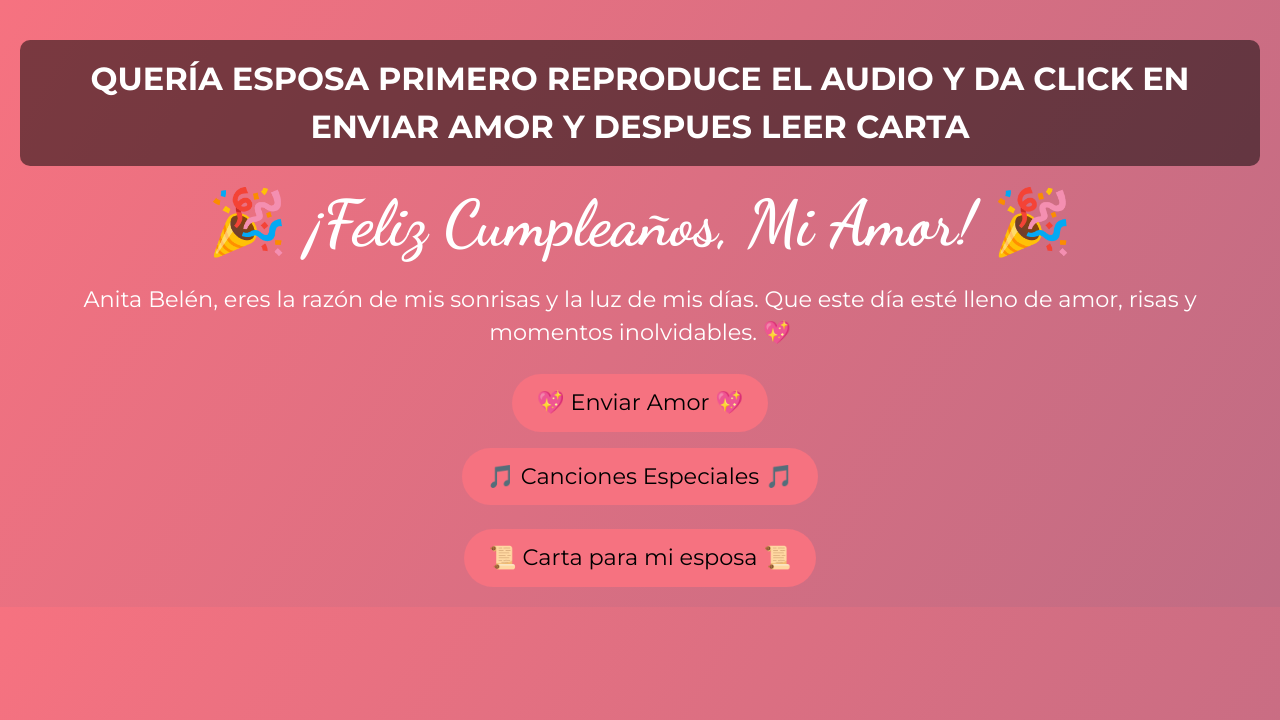
Repository: Jchimbo99/Esposa
Page: index.html
The author's editor kept a copy of each file at every save. The page is drawn from the files as they stood at one save, then again after the next save.
The browser window is 1280 px wide. The pictures show the whole page.

Above is the page before, as saved 2025-01-24 10:49:50.

### index.html
<!DOCTYPE html>
<html lang="en">
<head>
    <meta charset="UTF-8">
    <meta name="viewport" content="width=device-width, initial-scale=1.0">
    <title>¡Feliz Cumpleaños, Amor!</title>
    <!-- Bootstrap CSS -->
    <link href="https://cdn.jsdelivr.net/npm/bootstrap@5.3.0-alpha3/dist/css/bootstrap.min.css" rel="stylesheet">
    <!-- Google Fonts -->
    <link href="https://fonts.googleapis.com/css2?family=Dancing+Script:wght@700&family=Montserrat:wght@400;700&display=swap" rel="stylesheet">
    <!-- Custom CSS -->
    <style>
        body {
            background: linear-gradient(120deg, #ff9a9e, #fad0c4);
            font-family: 'Montserrat', sans-serif;
            color: #fff;
            text-align: center;
            padding: 20px;
            animation: backgroundPulse 3s infinite alternate;
        }

        @keyframes backgroundPulse {
            0% { background: linear-gradient(120deg, #ff9a9e, #fad0c4); }
            100% { background: linear-gradient(120deg, #f67280, #c06c84); }
        }

        h1 {
            font-family: 'Dancing Script', cursive;
            font-size: 4rem;
            margin-top: 20px;
            color: #fff;
        }

        p {
            font-size: 1.4rem;
            margin: 20px 0;
        }

        .btn-custom {
            background-color: #f67280;
            border: none;
            color: black;
            padding: 12px 25px;
            font-size: 1.4rem;
            font-family: 'Montserrat', sans-serif;
            border-radius: 50px;
            transition: transform 0.3s, box-shadow 0.3s;
        }

        .btn-custom:hover {
            background-color: #c06c84;
            transform: scale(1.1);
            box-shadow: 0 4px 15px rgba(0, 0, 0, 0.2);
        }

        .video-container, #cartaContainer {
            display: none;
            margin-top: 20px;
        }

        iframe {
            width: 100%;
            max-width: 560px;
            height: 315px;
            border: none;
            margin-bottom: 20px;
            transition: transform 0.3s ease;
        }

        iframe:hover {
            transform: scale(1.05);
        }

        #carta {
            display: none;
            padding: 20px;
            background-color: #fff;
            color: #000;
            font-family: 'Dancing Script', cursive;
            border-radius: 10px;
            margin-top: 20px;
            box-shadow: 0px 4px 20px rgba(0, 0, 0, 0.1);
            animation: fadeIn 1s ease-in-out;
        }

        @keyframes fadeIn {
            0% { opacity: 0; }
            100% { opacity: 1; }
        }

        .carta p {
            font-size: 1.5rem;
            line-height: 1.6;
        }

        .carta .signature {
            font-size: 1.3rem;
            font-weight: bold;
            margin-top: 20px;
        }

        /* Reproductor de audio */
        audio {
            display: none; /* Ocultar el reproductor */
        }

        /* Estilo para el mensaje de instrucciones */
        .instructions {
            font-size: 2rem;
            font-weight: bold;
            margin-top: 20px;
            color: #fff;
            background-color: rgba(0, 0, 0, 0.5);
            padding: 15px;
            border-radius: 10px;
        }
    </style>
</head>
<body>

    <!-- Instrucciones -->
    <div class="instructions">
        QUERÍA ESPOSA PRIMERO REPRODUCE EL AUDIO Y DA CLICK EN ENVIAR AMOR Y DESPUES LEER CARTA
    </div>

    <!-- Reproductor de audio oculto -->
    <audio id="audioPlayer" preload="auto">
        <source src="/audio/Mon Laferte - Amor Completo.mp3" type="audio/mp3">
        Tu navegador no soporta el elemento de audio.
    </audio>

    <div class="container">
        <h1>🎉 ¡Feliz Cumpleaños, Mi Amor! 🎉</h1>
        <p>Anita Belén, eres la razón de mis sonrisas y la luz de mis días. Que este día esté lleno de amor, risas y momentos inolvidables. 💖</p>

        <div class="mt-4">
            <button class="btn btn-custom" onclick="playAudio()">💖 Enviar Amor 💖</button>
        </div>

        <div class="mt-3">
            <button class="btn btn-custom" onclick="toggleVideos()">🎵 Canciones Especiales 🎵</button>
        </div>

        <div id="videoContainer" class="video-container">
            <iframe width="560" height="315" src="https://www.youtube.com/embed/xvVUPGI8Kgo?si=GNEWsJaVjt3SjVSy" title="YouTube video player" frameborder="0" allow="accelerometer; autoplay; clipboard-write; encrypted-media; gyroscope; picture-in-picture; web-share" referrerpolicy="strict-origin-when-cross-origin" allowfullscreen></iframe>
            <iframe width="560" height="315" src="https://www.youtube.com/embed/nRUtraoH6Yg?si=6tFNvlgnT6he9E5Q" title="YouTube video player" frameborder="0" allow="accelerometer; autoplay; clipboard-write; encrypted-media; gyroscope; picture-in-picture; web-share" referrerpolicy="strict-origin-when-cross-origin" allowfullscreen></iframe>
        </div>

        <!-- Nuevo botón para abrir la carta -->
        <div class="mt-4">
            <button class="btn btn-custom" onclick="toggleCarta()">📜 Carta para mi esposa 📜</button>
        </div>

        <!-- Contenedor de la carta -->
        <div id="cartaContainer">
            <div id="carta" class="carta">
                <p>Mi amor,</p>
                <p>Querida Anita Belén:</p>
                <p>Hoy, en el día de tu cumpleaños, quiero escribirte desde lo más profundo de mi corazón, porque no hay palabras suficientes para describir cuánto significas para mí. Eres mucho más que mi esposa; eres mi compañera de vida, mi apoyo incondicional y el mayor regalo que Dios me ha dado.</p>
                <p>Quiero agradecerte, mi amor, por ser esa mujer increíble que nunca deja de sorprenderme con su bondad, su paciencia y su fortaleza. Por cada sonrisa que me regalas, por cada palabra de aliento y por cada vez que me demuestras que el amor verdadero existe. En cada día de nuestra vida juntos, tú has sido mi razón para seguir adelante, incluso cuando la vida me pone retos.</p>
                <p>Gracias, Anita Belén, por cuidarme con tanto amor y dedicación, especialmente en los momentos difíciles. Por esas noches en las que velas por mí, por tus manos que me sostienen, por tu corazón lleno de amor que nunca se cansa de dar. Tu cariño es mi mayor bendición, y en tus ojos encuentro la paz que necesito para enfrentar cualquier cosa.</p>
                <p>Hoy, en tu día, le pido a Dios que te llene de salud, alegría y muchos años más de vida. Que cada sonrisa tuya se multiplique, que cada deseo de tu corazón se cumpla, y que todas las bendiciones que me das se te devuelvan al triple. Porque si alguien merece ser feliz, eres tú, mi reina.</p>
                <p>Quiero que sepas que, aunque no siempre pueda expresarlo como quisiera, cada día te amo más. Eres mi todo, mi motivo, mi milagro. Hoy celebro tu vida, y le doy gracias a Dios por permitirme compartirla contigo.</p>
                <p>Te amo con todo mi corazón. ¡Feliz cumpleaños, mi hermosa Anita Belén!</p>
                <p class="signature">Con todo mi amor, <br>RUEDITAS</p>
            </div>
        </div>

    </div>

    <!-- Bootstrap JS -->
    <script src="https://cdn.jsdelivr.net/npm/bootstrap@5.3.0-alpha3/dist/js/bootstrap.bundle.min.js"></script>
    <!-- Custom JavaScript -->
    <script>
        const phrases = [
            "Eres mi sol en días nublados ☀️",
            "Te amo más de lo que las palabras pueden decir ❤️",
            "Gracias por hacer mi vida tan especial 🌟",
            "Eres el sueño del que nunca quiero despertar 💕",
            "Hoy celebramos el regalo más hermoso: tú 🎁"
        ];

        function toggleHeartsAndPhrases() {
            const body = document.body;

            // Evitar que se agreguen más corazones y frases si ya están en pantalla
            if (document.querySelectorAll('.heart').length === 0) {
                for (let i = 0; i < 20; i++) {
                    const heart = document.createElement('div');
                    heart.className = 'heart';
                    heart.innerHTML = '❤️';
                    heart.style.left = Math.random() * 100 + 'vw';
                    heart.style.fontSize = Math.random() * 1.5 + 1 + 'rem';
                    heart.style.animationDuration = Math.random() * 2 + 3 + 's';
                    body.appendChild(heart);
                }

                setInterval(() => {
                    const phrase = phrases[Math.floor(Math.random() * phrases.length)];
                    const phraseElement = document.createElement('p');
                    phraseElement.textContent = phrase;
                    phraseElement.style.position = 'absolute';
                    phraseElement.style.left = Math.random() * 100 + 'vw';
                    phraseElement.style.fontSize = Math.random() * 1.5 + 1 + 'rem';
                    body.appendChild(phraseElement);
                    setTimeout(() => phraseElement.remove(), 3000);
                }, 2000);
            }
        }

        function toggleVideos() {
            const videoContainer = document.getElementById('videoContainer');
            videoContainer.style.display = videoContainer.style.display === 'none' ? 'block' : 'none';
        }

        function playAudio() {
            const audioPlayer = document.getElementById('audioPlayer');
            audioPlayer.play();
        }

        function toggleCarta() {
            const cartaContainer = document.getElementById('cartaContainer');
            cartaContainer.style.display = cartaContainer.style.display === 'none' ? 'block' : 'none';
        }
    </script>
</body>
</html>

After the next save:
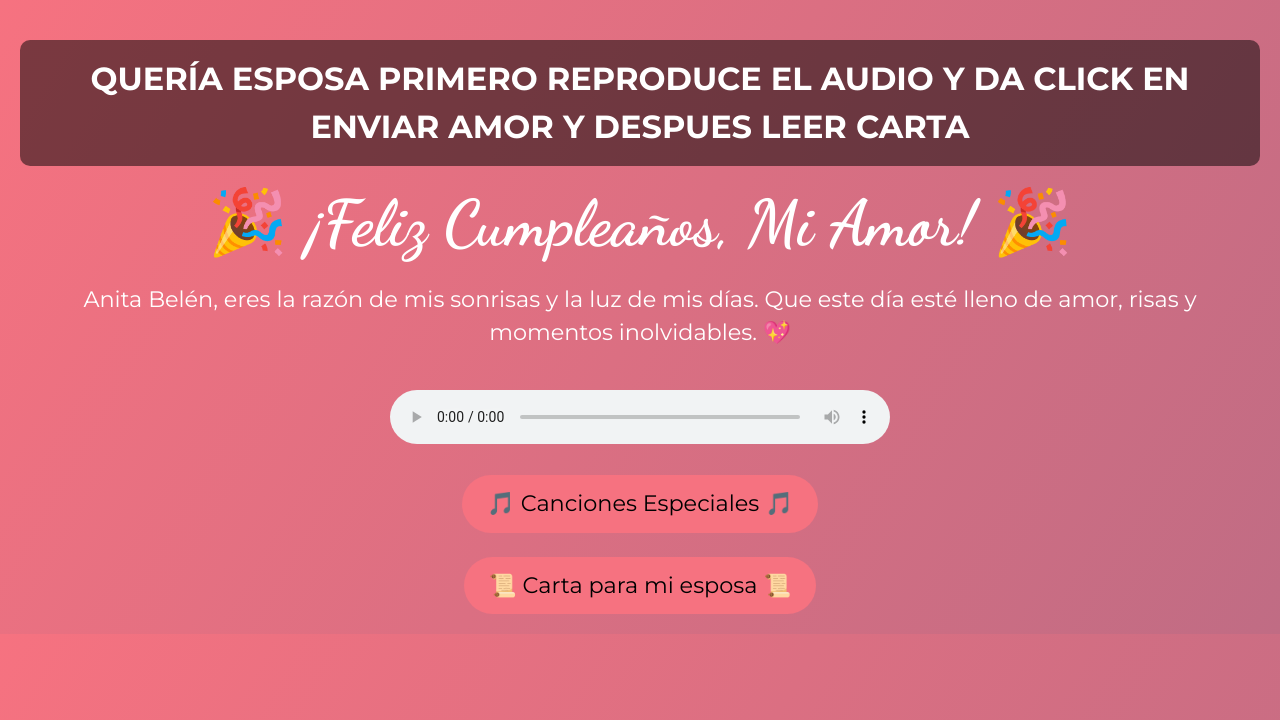
Saved 2 min 56 s later.
--- a/index.html
+++ b/index.html
@@ -101,7 +101,9 @@
 
         /* Reproductor de audio */
         audio {
-            display: none; /* Ocultar el reproductor */
+            width: 100%;
+            max-width: 500px;
+            margin-top: 20px;
         }
 
         /* Estilo para el mensaje de instrucciones */
@@ -123,21 +125,17 @@
         QUERÍA ESPOSA PRIMERO REPRODUCE EL AUDIO Y DA CLICK EN ENVIAR AMOR Y DESPUES LEER CARTA
     </div>
 
-    <!-- Reproductor de audio oculto -->
-    <audio id="audioPlayer" preload="auto">
-        <source src="/audio/Mon Laferte - Amor Completo.mp3" type="audio/mp3">
-        Tu navegador no soporta el elemento de audio.
-    </audio>
-
     <div class="container">
         <h1>🎉 ¡Feliz Cumpleaños, Mi Amor! 🎉</h1>
         <p>Anita Belén, eres la razón de mis sonrisas y la luz de mis días. Que este día esté lleno de amor, risas y momentos inolvidables. 💖</p>
 
+        <!-- Reproductor de audio visible -->
+        <audio controls>
+            <source src="/audio/Mon Laferte - Amor Completo.mp3" type="audio/mp3">
+            Tu navegador no soporta el elemento de audio.
+        </audio>
+
         <div class="mt-4">
-            <button class="btn btn-custom" onclick="playAudio()">💖 Enviar Amor 💖</button>
-        </div>
-
-        <div class="mt-3">
             <button class="btn btn-custom" onclick="toggleVideos()">🎵 Canciones Especiales 🎵</button>
         </div>
 
@@ -172,50 +170,9 @@
     <script src="https://cdn.jsdelivr.net/npm/bootstrap@5.3.0-alpha3/dist/js/bootstrap.bundle.min.js"></script>
     <!-- Custom JavaScript -->
     <script>
-        const phrases = [
-            "Eres mi sol en días nublados ☀️",
-            "Te amo más de lo que las palabras pueden decir ❤️",
-            "Gracias por hacer mi vida tan especial 🌟",
-            "Eres el sueño del que nunca quiero despertar 💕",
-            "Hoy celebramos el regalo más hermoso: tú 🎁"
-        ];
-
-        function toggleHeartsAndPhrases() {
-            const body = document.body;
-
-            // Evitar que se agreguen más corazones y frases si ya están en pantalla
-            if (document.querySelectorAll('.heart').length === 0) {
-                for (let i = 0; i < 20; i++) {
-                    const heart = document.createElement('div');
-                    heart.className = 'heart';
-                    heart.innerHTML = '❤️';
-                    heart.style.left = Math.random() * 100 + 'vw';
-                    heart.style.fontSize = Math.random() * 1.5 + 1 + 'rem';
-                    heart.style.animationDuration = Math.random() * 2 + 3 + 's';
-                    body.appendChild(heart);
-                }
-
-                setInterval(() => {
-                    const phrase = phrases[Math.floor(Math.random() * phrases.length)];
-                    const phraseElement = document.createElement('p');
-                    phraseElement.textContent = phrase;
-                    phraseElement.style.position = 'absolute';
-                    phraseElement.style.left = Math.random() * 100 + 'vw';
-                    phraseElement.style.fontSize = Math.random() * 1.5 + 1 + 'rem';
-                    body.appendChild(phraseElement);
-                    setTimeout(() => phraseElement.remove(), 3000);
-                }, 2000);
-            }
-        }
-
         function toggleVideos() {
             const videoContainer = document.getElementById('videoContainer');
             videoContainer.style.display = videoContainer.style.display === 'none' ? 'block' : 'none';
-        }
-
-        function playAudio() {
-            const audioPlayer = document.getElementById('audioPlayer');
-            audioPlayer.play();
         }
 
         function toggleCarta() {
